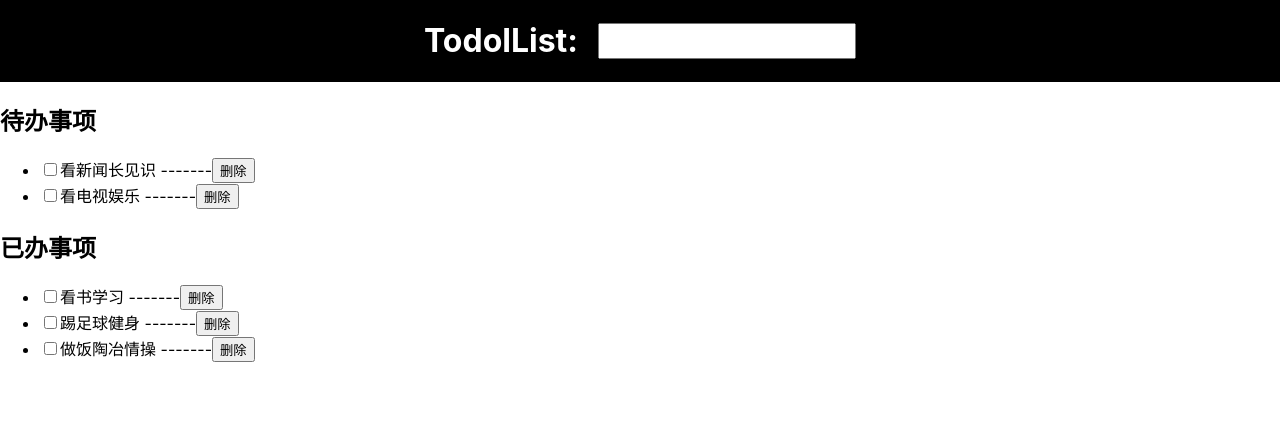
Repository: zhenzhen-gong/react-learning
Page: /
These files come from the project's save history. The page is drawn as it stood at one moment and after the next save; the edit follows.
The browser window is 1280 px wide. The pictures show the whole page.
The project was rebuilt for these pictures with package versions that can differ from the ones it lists, and the page was loaded fresh each time.

Above is the page before, as saved 2021-04-16 18:16:44.

### src/index.js
import React from 'react';
import ReactDOM from 'react-dom';
import './index.css';
import TodolList from './component/todolList/todolList';
import reportWebVitals from './reportWebVitals';

ReactDOM.render(
    <TodolList />,
  document.getElementById('root')
);

// If you want to start measuring performance in your app, pass a function
// to log results (for example: reportWebVitals(console.log))
// or send to an analytics endpoint. Learn more: https://bit.ly/CRA-vitals
reportWebVitals();

### src/component/todolList/todolList.js
import React, {Component} from 'react'

import './todolList.css'

class TodolList extends Component {
    constructor(props) {
        super(props)
        this.state = {
            itemList: [
                {
                    title: '看书学习',
                    checked: true
                },
                {
                    title: '看新闻长见识',
                    checked: false
                },
                {
                    title: '踢足球健身',
                    checked: true
                },
                {
                    title: '看电视娱乐',
                    checked: false
                },
                {
                    title: '做饭陶冶情操',
                    checked: true
                }
            ]
        }
    }

    addItem = (e)=>{
       if(e.keyCode === 13) {
        let toolList = this.state.itemList
        toolList.push({
            title: e.target.value,
            checked: false
        })
         this.setState({
             itemList: toolList
         })
       }
    }
    doneItem = (key)=>{
        let toolList = this.state.itemList
        if(!toolList[key].checked) {
            toolList[key].checked = !toolList[key].checked
            this.setState({
                itemList: toolList
            })
        }
    }
    deleteItem = (key)=>{
        let toolList = this.state.itemList
        toolList.splice(key, 1)
        this.setState({
            itemList: toolList
        })
    }

    render() {
        return (
            <div>
                <div className="title">
                  <h1>TodolList: </h1>
                  <input type='text' onKeyUp={this.addItem}/>
                </div>
                <div>
                    <h2>待办事项</h2>
                    <ul>
                        {
                            this.state.itemList.map((item, key) => {
                                if (!item.checked) {
                                 return <li key={key}>
                                     <input type="checkbox" checked={item.checked} onChange={this.doneItem.bind(this, key)}/>
                                     {item.title} -------<button onClick={this.deleteItem.bind(this, key)}>删除</button></li>
                                }
                            })
                        }
                    </ul>
                </div>
                <div>
                    <h2>已办事项</h2>
                    <ul>
                        {
                            this.state.itemList.map((item, key) => {
                                if (item.checked) {
                                 return <li key={key}>
                                     <input type="checkbox" checked={!item.checked} onChange={this.doneItem.bind(this, key)} />
                                     {item.title} -------<button onClick={this.deleteItem.bind(this, key)}>删除</button></li>
                                }
                            })
                        }
                    </ul>
                </div>
            </div>
        )
    }
}

export default TodolList

### src/component/todolList/todolList.css
.title {
    background-color: black;
    display: flex;
    align-items: center;
    justify-content: center;
}
.title h1 {
    color: #fff;
    margin-right: 20px;
}
.title input {
    height: 30px;
    width: 250px;
}

Loaded but not shown: public/index.html (common file); src/index.css (common file); src/reportWebVitals.js (common file)

After the next save:
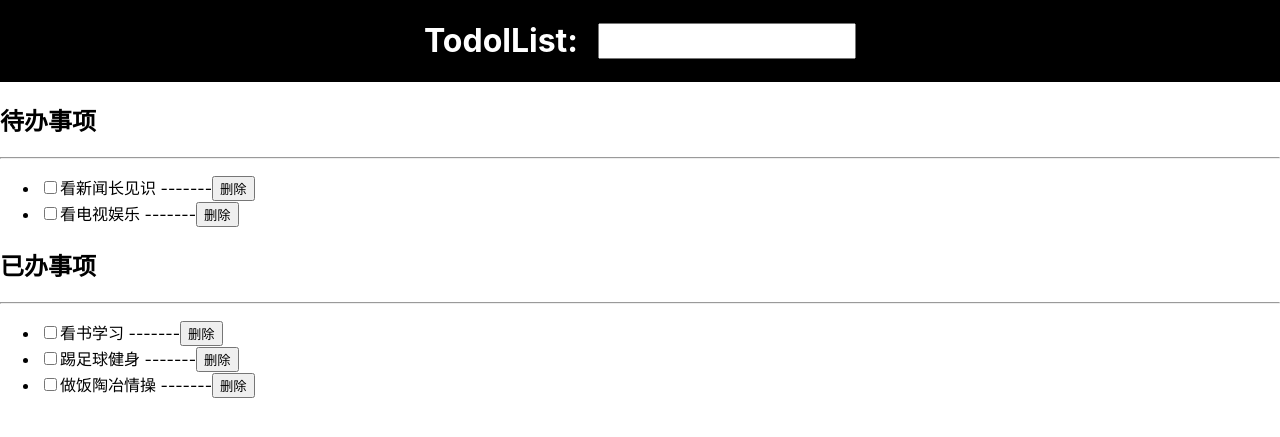
Saved 63 s later.
--- a/src/component/todolList/todolList.js
+++ b/src/component/todolList/todolList.js
@@ -69,6 +69,7 @@ class TodolList extends Component {
                 </div>
                 <div>
                     <h2>待办事项</h2>
+                    <hr />
                     <ul>
                         {
                             this.state.itemList.map((item, key) => {
@@ -83,6 +84,7 @@ class TodolList extends Component {
                 </div>
                 <div>
                     <h2>已办事项</h2>
+                    <hr />
                     <ul>
                         {
                             this.state.itemList.map((item, key) => {
